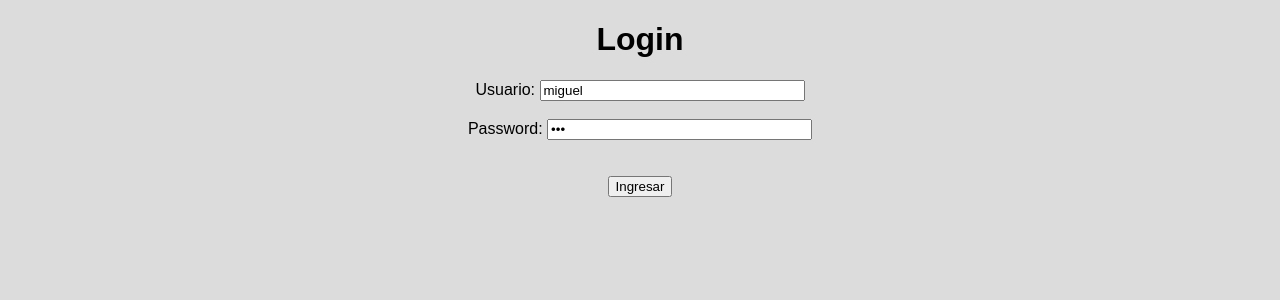
Repository: miguelalvarezcl/examen
Page: http://localhost/CtaCorriente/login.jsp
An editor plug-in stored every save of this project. The page is shown before and after the next save, followed by the edit.
The browser window is 1280 px wide. The pictures show the whole page.
The page is served by Tomcat 9. Other server files are loaded and not shown.

Above is the page before, as saved 2021-11-13 01:54:48.

### CtaCorriente/WebContent/login.jsp
<%@ page language="java" contentType="text/html; charset=utf-8"
    pageEncoding="utf-8"%>
<!DOCTYPE html>
<html>
<head>
<meta charset="utf-8">
<title>Login Web</title>

</head>
<body>
	<div style="text-align: center">
		<h1>Login</h1>
		<form action="login" method="post" id="loginForm">
			<label for="usuario">Usuario:</label>
			<input name="usuario" size="30" value = "miguel"/>
			<br><br>
			<label for="password">Password:</label>
			<input type="password" name="password" size="30" value="123" />
			<br>${message}
			<br><br>
			<button type="submit">Ingresar</button>
		</form>
	</div>
</body>

<style>
body{
	font-family: arial, helvetica;
	background: #DCDCDC;
}
</style>
</html>

After the next save:
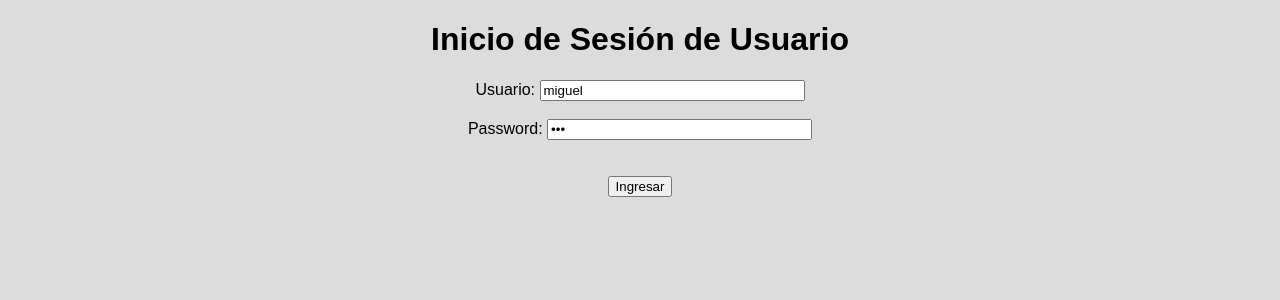
Saved 62 s later.
--- a/CtaCorriente/WebContent/login.jsp
+++ b/CtaCorriente/WebContent/login.jsp
@@ -4,12 +4,12 @@
 <html>
 <head>
 <meta charset="utf-8">
-<title>Login Web</title>
+<title>:::... Inicio de Sesión de Usuario ...:::</title>
 
 </head>
 <body>
 	<div style="text-align: center">
-		<h1>Login</h1>
+		<h1>Inicio de Sesión de Usuario</h1>
 		<form action="login" method="post" id="loginForm">
 			<label for="usuario">Usuario:</label>
 			<input name="usuario" size="30" value = "miguel"/>
